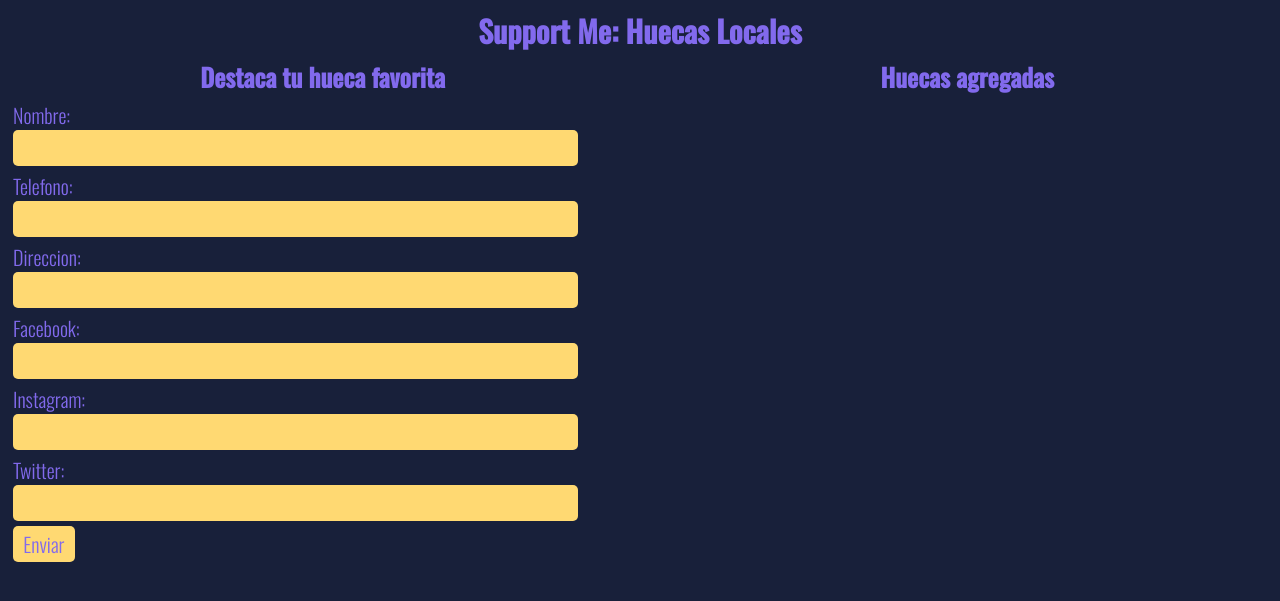
Repository: renzopachecoj/huecas-website
Page: index.html
The author's editor kept a copy of each file at every save. The page is drawn from the files as they stood at one save, then again after the next save.
The browser window is 1280 px wide. The pictures show the whole page.

Above is the page before, as saved 2020-08-01 15:38:33.

After the next save:
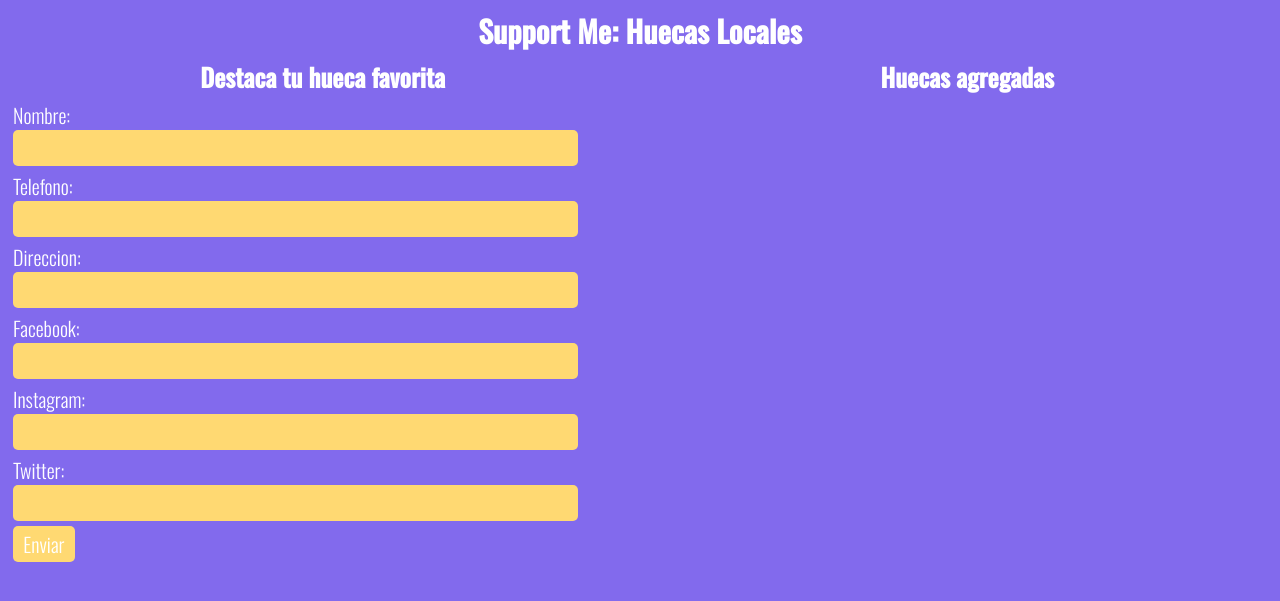
Saved 13 s later.
--- a/styles.css
+++ b/styles.css
@@ -4,10 +4,10 @@
     font-family: 'Oswald', sans-serif;
     font-weight: lighter;
     font-size: 20px;
-    color: #826AED;
+    color: #fff;
 }
 body{
-    background-color: #18203a;
+    background-color: #826AED;
 }
 h1{
     font-size: 30px;
